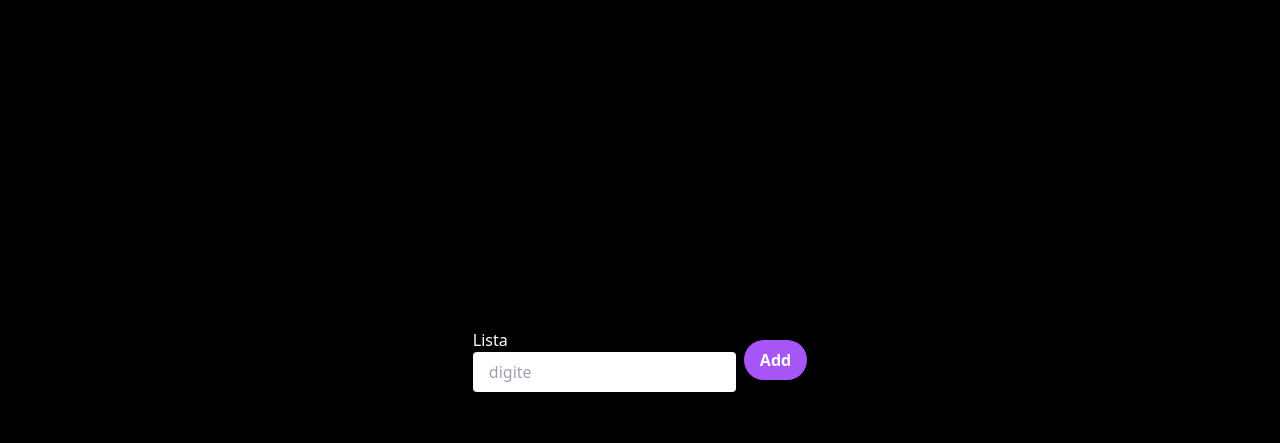
Repository: LuisSempre/FundamentosReact
Page: /
The author's editor kept a copy of each file at every save. The page is drawn from the files as they stood at one save, then again after the next save.
The browser window is 1280 px wide. The pictures show the whole page.
The page's requests for data from a server got no answer. The project was rebuilt for these pictures with package versions that can differ from the ones it lists, and the page was loaded fresh each time. No one was signed in, and anything a server would have sent is missing. Also part of the build but not shown: vite.config.js, src/components/Card.tsx.

Above is the page before, as saved 2022-06-28 20:07:43.

### src/main.jsx
import React from 'react'
import ReactDOM from 'react-dom/client'
import { Home } from './pages/Home'
import './index.css'

ReactDOM.createRoot(document.getElementById('root')).render(
  <React.StrictMode>
    <Home />
  </React.StrictMode>
)

### src/pages/Home.jsx
import { useState, useEffect } from "react";
import { Card } from "../components/Card";

export function Home() {
  const [student, setStudent] = useState("Student");
  const [students, setStudents] = useState([]);
  const [user, setUser] = useState({ name: '', avatar: ''})

  function studentAdd() {
    const newStudent = {
      name: student,
      time: new Date().toLocaleDateString("pt-br", {
        hour: "2-digit",
        minute: "2-digit",
        second: "2-digit",
      }),
    };
    setStudents((prevState) => [...prevState, newStudent]);
  }

  useEffect(() => {
    fetch('https://api.github.com/users/luissempre').then(response => response.json)
    .then(data => {

    })
  }, [students])
  return (
    <div className="flex items-center justify-center min-h-screen space-x-2">
      <div>
        <h1>Lista</h1>
        <div>
          <strong>{user.name}</strong>
          <img src={user.avatar} alt="" />
        </div>
        <input
          onChange={(e) => setStudent(e.target.value)}
          className="px-4 py-2 text-black bg-white rounded"
          type="text"
          placeholder="digite"
        />
      </div>
      <div className="space-y-4">
        <button
        className="px-4 py-2 font-bold bg-purple-500 rounded-full"
        onClick={studentAdd}>Add</button>
        {students.map((student) => (
          <Card
            key={student.time}
            name={student.name}
            time={student.time}
          />
        ))}
      </div>
    </div>
  );
}

### src/index.css
@tailwind base;
@tailwind components;
@tailwind utilities;

* {
    @apply bg-black text-white;
}

Loaded but not shown: index.html (common file); tailwind.config.js (common file)

After the next save:
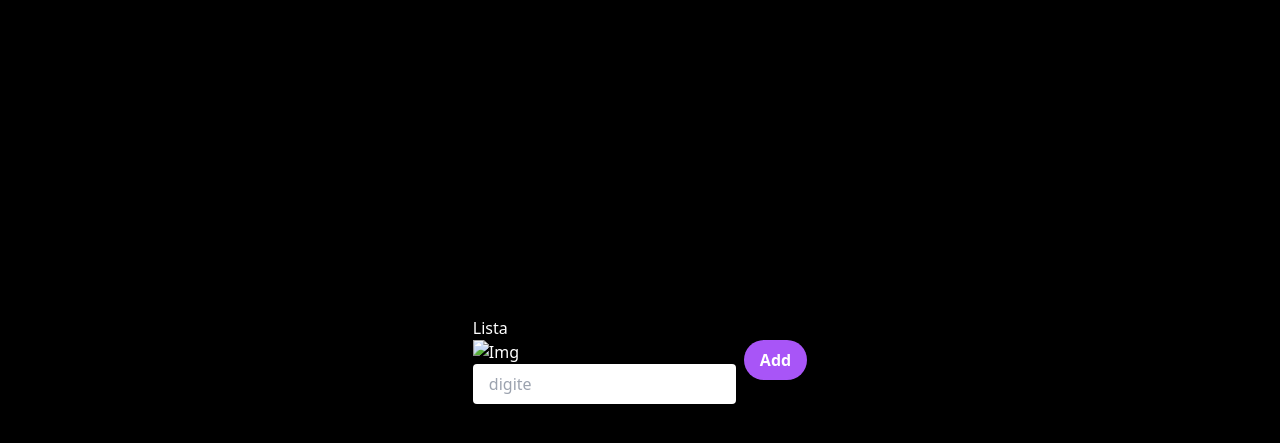
Saved 7 s later.
--- a/src/pages/Home.jsx
+++ b/src/pages/Home.jsx
@@ -30,7 +30,7 @@ export function Home() {
         <h1>Lista</h1>
         <div>
           <strong>{user.name}</strong>
-          <img src={user.avatar} alt="" />
+          <img src={user.avatar} alt="Img" />
         </div>
         <input
           onChange={(e) => setStudent(e.target.value)}
